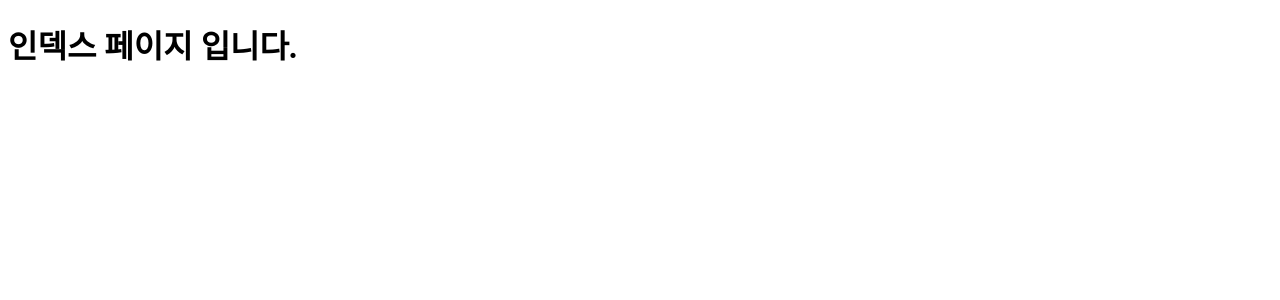
Repository: Saeunnnnni/acornClass_spring
Page: Boot03_Controller/src/main/resources/static/index.html
An editor plug-in stored every save of this project. The page is shown before and after the next save, followed by the edit.
The browser window is 1280 px wide. The pictures show the whole page.

Above is the page before, as saved 2023-07-11 03:09:56.

### Boot03_Controller/src/main/resources/static/index.html

<!DOCTYPE html>
<html>
<head>
<meta charset="UTF-8">
<title>Insert title here</title>
</head>
<body>
	<h1>인덱스 페이지 입니다.</h1>
</body>
</html>

After the next save:
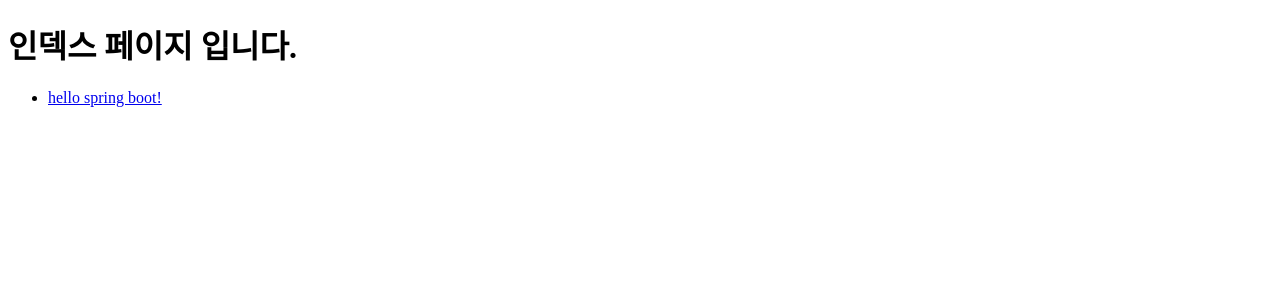
Saved 2 min 2 s later.
--- a/Boot03_Controller/src/main/resources/static/index.html
+++ b/Boot03_Controller/src/main/resources/static/index.html
@@ -7,5 +7,8 @@
 </head>
 <body>
 	<h1>인덱스 페이지 입니다.</h1>
+	<ul>
+		<li><a href="hello">hello spring boot!</a></li>
+	</ul>
 </body>
 </html>
